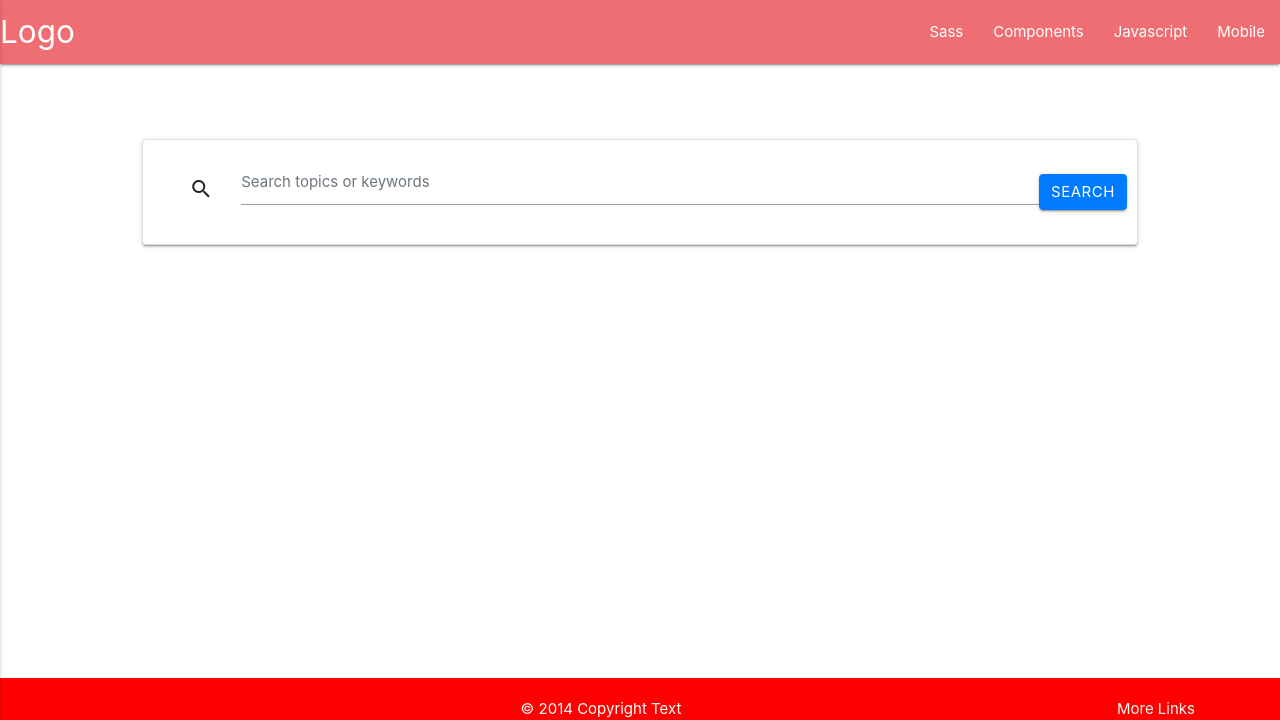
Repository: Lemoenskil/Milestone_project_3_Garden_planner
Page: http://localhost/
The author's editor kept a record of every edit. The page is drawn from the files as they stood at one moment, then again after the next edit.
The browser window is 1280 px wide. The pictures show the whole page.
Some web libraries are served in a nearby version. The page is served by the project's application, run on Flask 3 (app.py). Queries for data that is not in the repository find no rows.

Above is the page before.
Console error: TypeError: Cannot read properties of undefined (reading 'fn')

After the next edit:
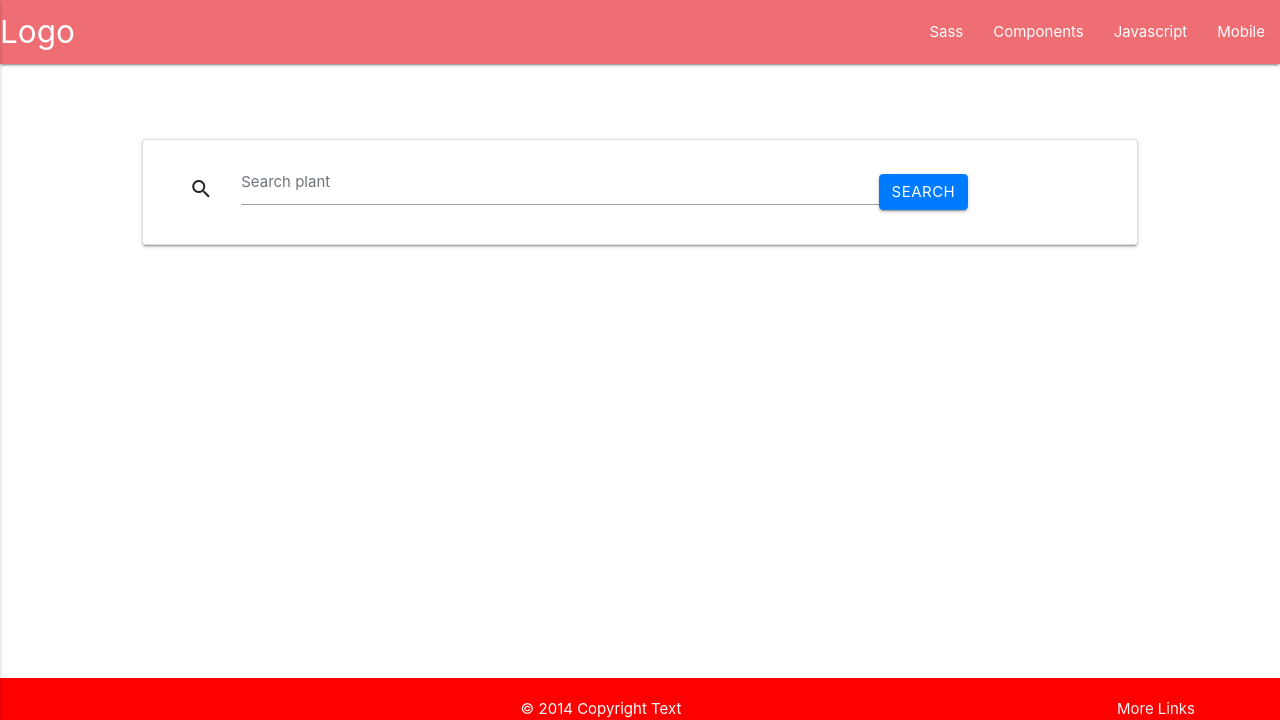
The edit:
--- a/templates/plant_records.html
+++ b/templates/plant_records.html
@@ -20,8 +20,8 @@
                       <i class="material-icons">search</i>
                   </div>
                   <!--end of col-->
-                  <div class="col-10">
-                      <input class="form-control form-control-lg form-control-borderless" type="search" placeholder="Search topics or keywords">
+                  <div class="col-8">
+                      <input class="form-control form-control-lg form-control-borderless" type="search" placeholder="Search plant">
                   </div>
                   <!--end of col-->
                   <div class="col-1">
